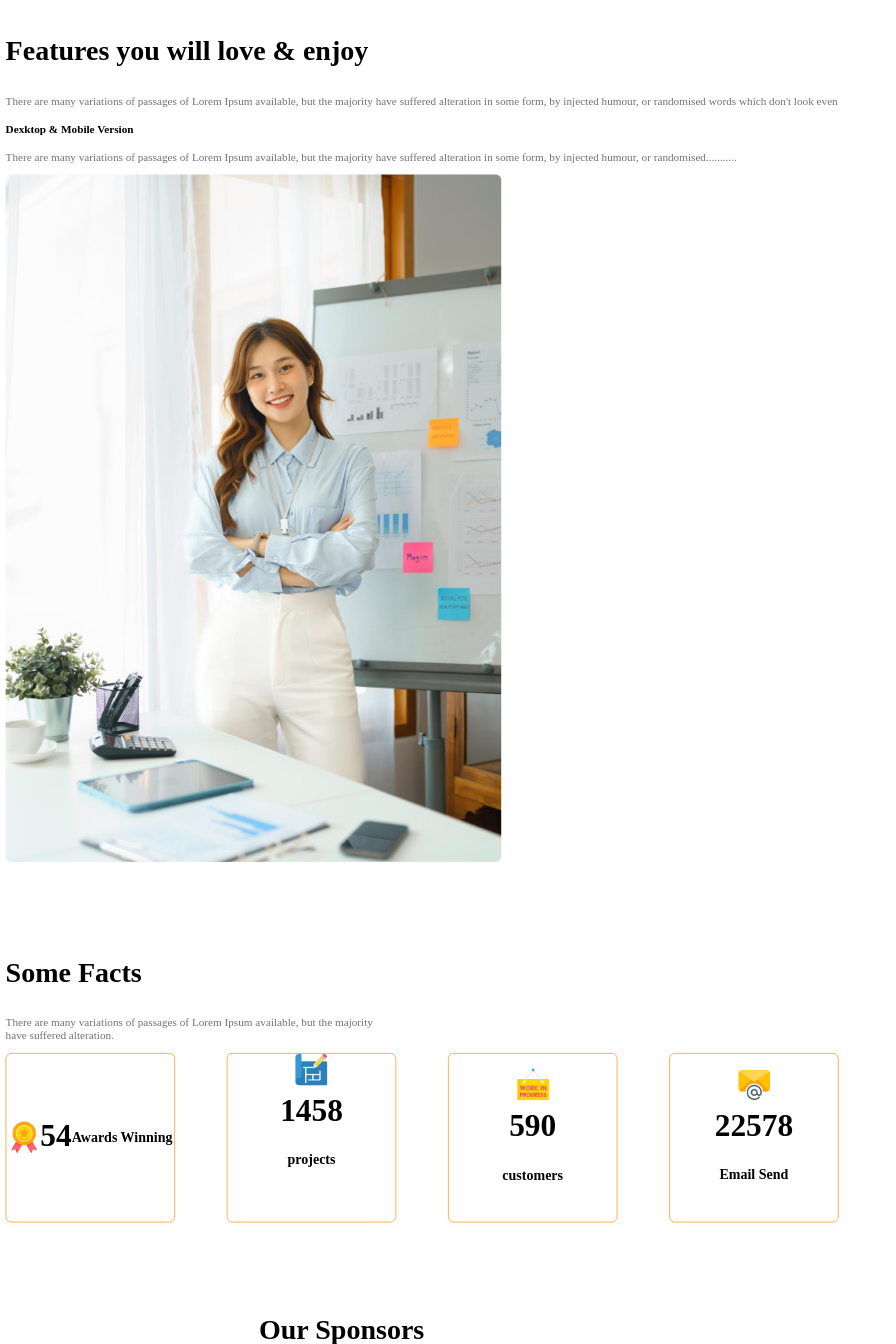
Repository: tanimtanzilislam/g3-architect-website
Page: index.html
The author's editor kept a copy of each file at every save. The page is drawn from the files as they stood at one save, then again after a run of saves.
The browser window is 1280 px wide. The pictures show the part of the page from y = 2765 to 4685 px (the page is 4939 px tall before and 5017 px after), at 70% of full size.

Above is the page before, as saved 2026-02-06 22:25:20.

### index.html
<!DOCTYPE html>
<html lang="en">
<head>
    <meta charset="UTF-8">
    <meta name="viewport" content="width=device-width, initial-scale=1.0">
    <title>G3 Architecture</title>
    <link rel="stylesheet" href="styles/styles.css">
</head>
<body class=".work-sans-font">
    <header class="bg-light" >
        <nav class="navbar display-flex">
            <h3 class="brand">G3 Architect </h3>
             <ul class="nav-links display-flex">

                <li class="nav-item"><a href="" class="nav-link text-gray">Home</a></li>
                <li class="nav-item"><a href="" class="nav-link text-gray">About</a></li>
                <li class="nav-item"><a href="" class="nav-link text-gray">Contact-Us</a></li>
                <li class="nav-item"><a href="" class="nav-link text-gray">Login</a></li>
             </ul>
        </nav>

        <div class="banner">
        <div class="banner-content">
        <h1 class="banner-title">
                Brand new group of Architectects
            </h1>
            <p class="banner-description">
                There are many variations of passages of Lorem Ipsum available, but the majority have suffered alteration in some form, by injected humour, or randomised words which don't look even
            </p>
            <button class="btn-primary">Explore More</button>
            </div>

            <img class="banner-image" src="images/banner.png" alt="">
        </div>
    </header>
    <main>
        <!-- team section start -->
        <section class="teams display-flex">

            <div class="team-imag-container">

                <img src="images/team1.png" alt="two at=rchitect discussing about design">
                 <img src="images/team2.png" alt="">
                 <img src="images/team3.png" alt="">
                 <img src="images/team4.png" alt="">
            </div>

            <div class="our-features">
                <h3 class="section-title"> <span id="quick-list">Quick list </span><span>of our</span> <span  class="text-primary">features</span></h3>
                 <p class="feature-description  text-light-gray">
                    There are many variations of passages of Lorem Ipsum available, but the majority have suffered alteration in some form, by injected humour, or randomised words which don't look even
                 </p>
                 <button class="btn-primary">Explore More</button>
            </div>




        </section>

        <!-- featue section started -->
         <section class="features">
            <div>
           <h3 id="feature-section-title" class="section-title">Features you will love & enjoy</h3>
           <p class="text-light-gray">There are many variations of passages of Lorem Ipsum available, but the majority have suffered alteration in some form, by injected humour, or randomised words which don't look even</p>

           <!-- feature card container -->
            <div class="feature-card">
                <h4 class="feature-title">Dexktop & Mobile Version</h4>
                <p class="text-light-gray"> There are many variations of passages of Lorem Ipsum available, but the majority have suffered alteration in some form, by injected humour, or randomised...........</p>
            </div>
            </div>
            <div>
                <img src="images/architect.png" alt="">
            </div>
         </section>

        <!-- some facts -->
         <section>
            <h3 class="section-title"> Some Facts</h3>
            <p class="text-light-gray fact-description">There are many variations of passages of Lorem Ipsum available, but the majority have suffered alteration.</p>

            <div class="facts-container">
                <!-- .fact-card*4>img.fact-icon+h4.fact-number+h5.fact-name -->
             <div class="fact-card display-flex">
                <img src="images/icons/ribon.png" alt="" class="fact-icon">
                <h4 class="fact-number">54</h4>
                <h5 class="fact-name">Awards Winning</h5>
             </div>
             <div class="fact-card">
                <div >
                    <img src="images/icons/projects.png" alt="" class="fact-icon">
                <h4 class="fact-number">1458</h4>
                <h5 class="fact-name">projects</h5>
                </div>
             </div>
             <div class="fact-card display-flex">
                <div>
                    <img src="images/icons/customers.png" alt="" class="fact-icon">
                <h4 class="fact-number">590</h4>
                <h5 class="fact-name">customers</h5>
                </div>
             </div>
             <div class="fact-card display-flex">
                <div>
                    <img src="images/icons/email.png" alt="" class="fact-icon">
                <h4 class="fact-number">22578</h4>
                <h5 class="fact-name">Email Send</h5>
                </div>
             </div>

            </div>

         </section>

         <!-- our facts -->
          <section class="our-sponsors">
            <div class="sponsor-info">
               <h3 class="section-title">Our Sponsors</h3>
               <p class="text-light-gray">
                There are many variations of passages of Lorem Ipsum available, but the majority have suffered alteration.
               </p>
               <div class="sponsor-companies">

                <img src="images/sponsors/spotify.png" alt="">
                 <img src="images/sponsors/google.png" alt="">
                  <img src="images/sponsors/amazon.png" alt="">
                   <img src="images/sponsors/telerama.png" alt="">
                    <img src="images/sponsors/figma.png" alt="">
               </div>

            </div>

          </section>
    </main>
    <footer></footer>

</body>
</html>

### styles/styles.css
@import url('https://fonts.googleapis.com/css2?family=Work+Sans:ital,wght@0,100..900;1,100..900&display=swap');

.work-sans-font{
  font-family: "Work Sans", sans-serif;
  font-optical-sizing: auto;
  font-weight: 400;
  font-style: normal;
}

/* shared styles */
.display-flex{
  display:flex;
}

.text-gray{
  color:#424242;
}

/* dark02 */
.text-light-gray{
  color:#727272;
}

/* header styles */

.navbar{
  justify-content: space-between;
  align-items:center;
}
.brand{
  font-weight:700;
  font-size:45px;
}

/* navbar related styles */
.bg-light{
  background-color: rgba(255,144,14,0.1);
}

.nav-item{
  list-style:none;
  margin-right:30px;
}

.nav-link{
  text-decoration:none;
  font-weight:500;
}
.navbar ,.banner{
  max-width:1440px;
  margin:0 auto;
}

/* banner related styles */

.banner-content{
  max-width:850px;
  margin: 0 auto 50px auto;
}
.banner-title{
  font-weight: 700;
  font-size:4em;
}
.btn-primary{
  background-color:#FF900E;
  color:white;
  padding:20px 25px;
  font-size: 1.25rem;
  font-weight:600;
  border-radius: 0;
}
.banner-image{
  width:100%;
}

/* team and feature related styles */

.teams{
  align-items:center;
}
.team-img-container{
  display:grid;
  grid-template-columns: repeat(2,1fr);
}
main>section{
  margin-top:130px;
}

.our-features{
  margin-left: 130px;
  max-width: 530px;
}

.section-title{
  font-size:2.5rem;
  font-weight: 700;
}
#quick-list{
  font-weight:500;
}


/* Features section related styles */
#featue-section-title{
  border-left: 5px solid #FF900E;
  padding:20px;
}
.facts-container{
  display:grid;
  grid-template-columns: repeat(4,1fr);
}

/* Some Facts related styles */
.fact-card{
  border: 1px solid #FF900E;
  width:240px;
  height:240px;
  border-radius:8px;
  text-align: center;
  align-items:center;
  justify-content: center;
}
.fact-number{
  font-size: 2.8rem;
  font-weight: 600;
  margin-top:5px;
  margin-bottom:10px;
}
.fact-name{
  font-size:1.25rem;
  font-weight:600;
}

.text-primary{
  color:#FF900E;
}
.fact-description{
  max-width:540px;
}
.sponsor-companies{
  justify-items: center;
  gap:24px;
}

/* responsive media query */
@media screen and (max-width:576px){
  .navbar ,.nav-links, .teams{
    flex-direction: column;
  }

  .team-img-container, .facts-container,
  .sponsor-companies{
    grid-template-columns: 1fr;
  }
  .facts-container,.sponsor-companies{
    justify-content: center;
    gap:24px;
  }
  .our-features{
    margin-left:20px;
  }
}

main{
  max-width:1440px;
  margin:0px auto;
}

/* sponsor related styles */
.sponsor-info{
  max-width:540px;
  margin:50px auto;
}
.sponsor-companies img{
  filter:grayscale(100%);
}

/*  medium size device */
@media screen and (min-width:576px) and (max-width:992px){
  .teams{
    flex-direction:column;
  }
  .our-features{
    margin:50px auto;
  }
  .sponsor-companies,.facts-container{
    grid-template-columns:repeat(3,1fr);
    gap:50px;
    justify-items: center;
  }
}

After the next 2 saves:
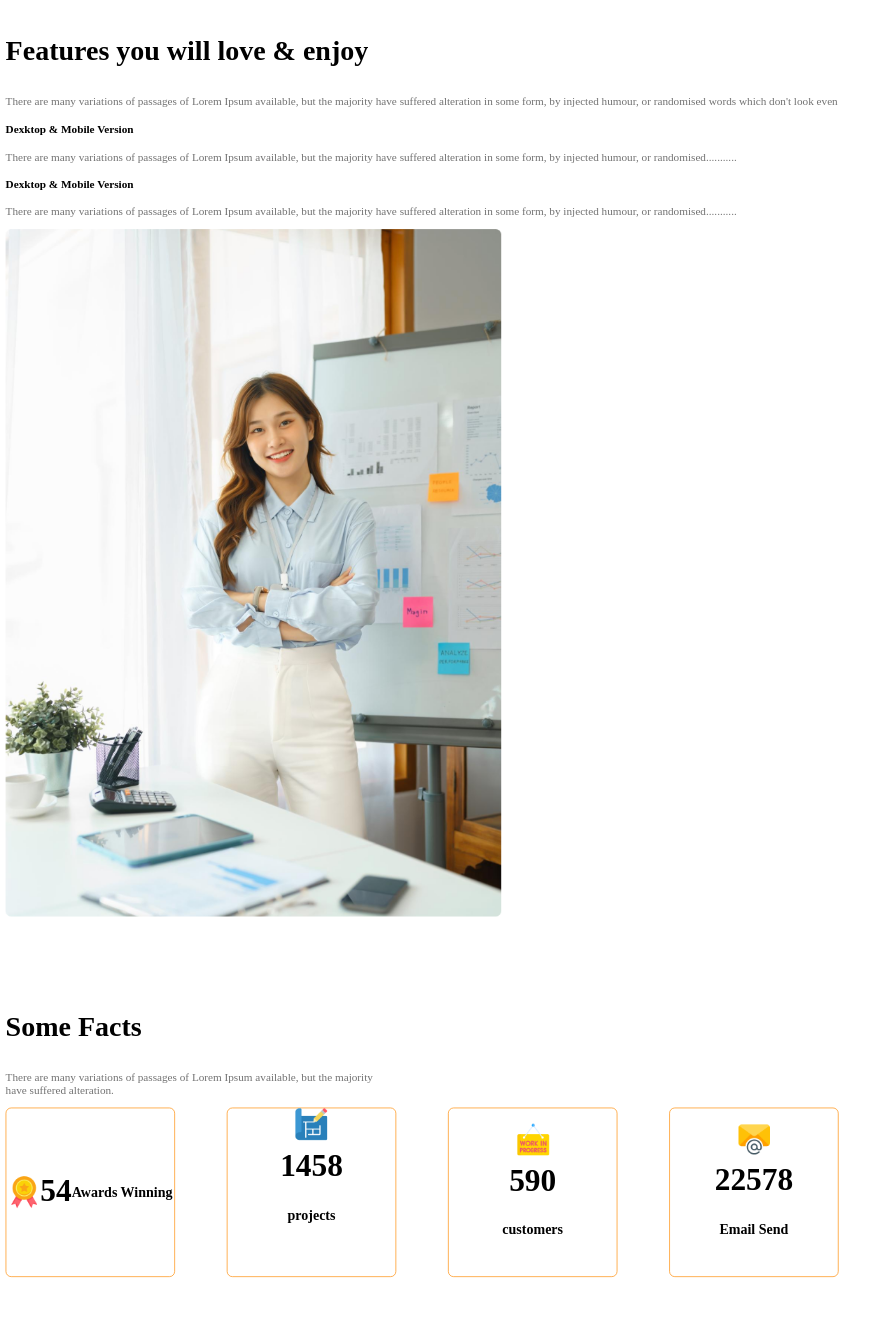
The 2 saves are shown as one change because they came seconds apart.
The last was saved 21 s later.
--- a/index.html
+++ b/index.html
@@ -65,6 +65,10 @@
            <p class="text-light-gray">There are many variations of passages of Lorem Ipsum available, but the majority have suffered alteration in some form, by injected humour, or randomised words which don't look even</p>
 
            <!-- feature card container -->
+            <div class="feature-card">
+                <h4 class="feature-title">Dexktop & Mobile Version</h4>
+                <p class="text-light-gray"> There are many variations of passages of Lorem Ipsum available, but the majority have suffered alteration in some form, by injected humour, or randomised...........</p>
+            </div>
             <div class="feature-card">
                 <h4 class="feature-title">Dexktop & Mobile Version</h4>
                 <p class="text-light-gray"> There are many variations of passages of Lorem Ipsum available, but the majority have suffered alteration in some form, by injected humour, or randomised...........</p>
